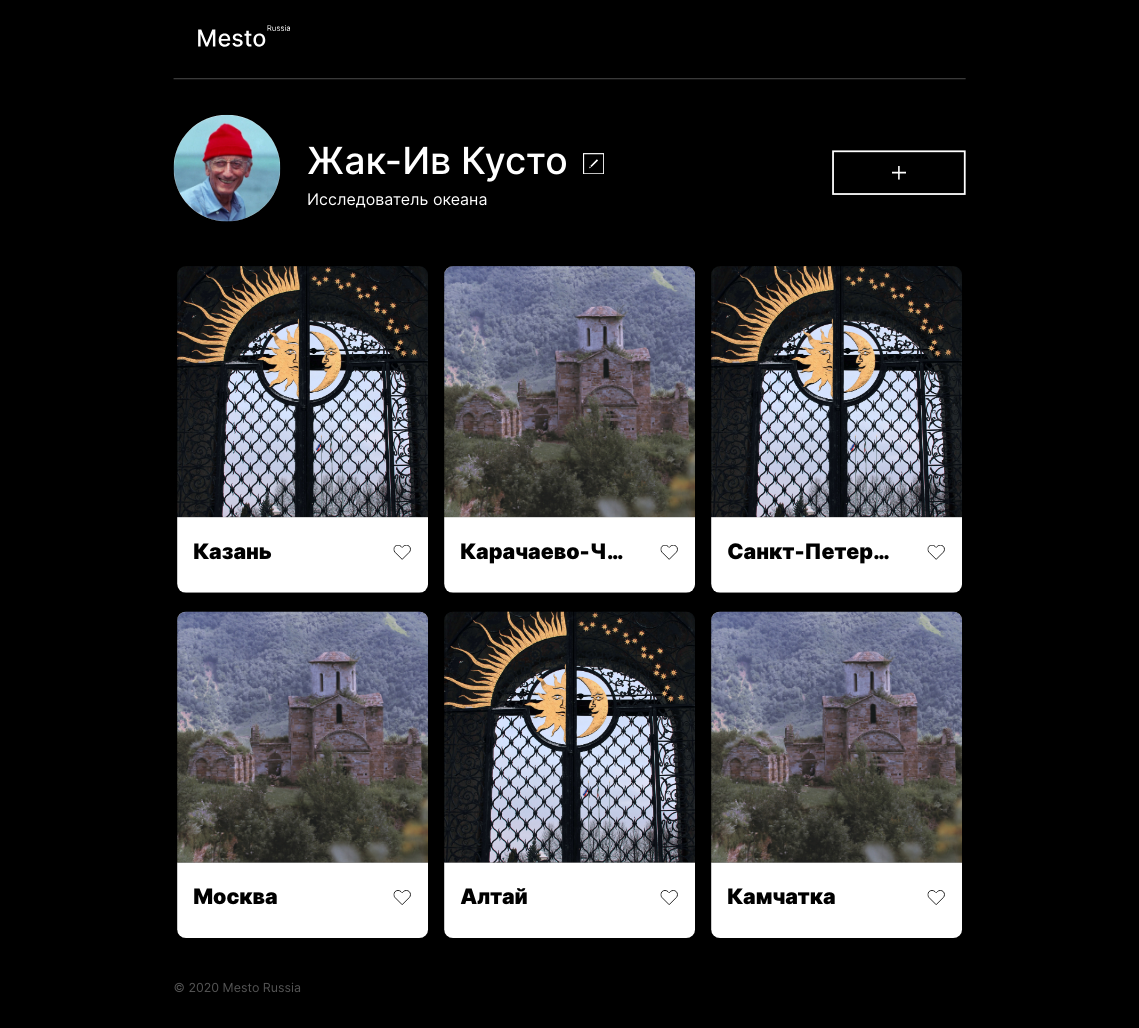
Repository: zajcevakaterina/mesto
Page: index.html
An editor plug-in stored every save of this project. The page is shown before and after the next save, followed by the edit.
The browser window is 1280 px wide. The pictures show the whole page, at 89% of full size.

Above is the page before, as saved 2020-05-07 14:21:19.

### index.html
<!DOCTYPE html>
<html lang="en">

<head>
  <meta charset="UTF-8">
  <meta name="viewport" content="width=device-width, initial-scale=1.0">
  <link rel="stylesheet" href="./vendor/fonts/fonts.css">
  <link rel="stylesheet" href="./pages/index.css">
  <title>Mesto Russia</title>
</head>

<body>
  <div class="root">
    <header class="header width">
      <img src="./images/header/logo.svg" alt="Логотип проекта Место Russia" class="header__logo">
    </header>
    <main class="main width">
      <section class="profile">
        <div class="profile__content">
          <img src="./images/profile/Avatar.jpg" alt="Аватар путешественника" class="profile__avatar">
        <div class="profile__info">
          <div class="profile__title">
            <h1 class="profile__name">Жак-Ив Кусто</h1>
            <button class="profile__edit-button button-hover"></button>
          </div>
          <p class="profile__subtitle">Исследователь океана</p>
        </div>
        </div>
        <button class="profile__add-button button-hover"></button>
      </section>

      <section class="places">
          <div class="places__card">
            <img src="./images/places/Kazan.jpg" alt="Фотография Казани" class="places__image">
            <div class="places__desc">
              <h2 class="places__title">Казань</h2>
              <button class="places__like button-hover"></button>
            </div>
          </div>

          <div class="places__card">
            <img src="./images/places/kirill-pershin-1088404-unsplash.jpg" alt="Фотография Карачаево-Черкесии" class="places__image">
            <div class="places__desc">
              <h2 class="places__title" title="Карачаево-Черкесия">Карачаево-Черкесия</h2>
              <button class="places__like button-hover"></button>
            </div>
          </div>

          <div class="places__card">
            <img src="./images/places/Kazan.jpg" alt="Фотография Казани" class="places__image">
            <div class="places__desc">
              <h2 class="places__title" title="Санкт-Петербург">Санкт-Петербург</h2>
              <button class="places__like button-hover"></button>
            </div>
          </div>

          <div class="places__card">
            <img src="./images/places/kirill-pershin-1088404-unsplash.jpg" alt="Фотография Карачаево-Черкесии" class="places__image">
            <div class="places__desc">
              <h2 class="places__title">Москва</h2>
              <button class="places__like button-hover"></button>
            </div>
          </div>

          <div class="places__card">
            <img src="./images/places/Kazan.jpg" alt="Фотография Казани" class="places__image">
            <div class="places__desc">
              <h2 class="places__title">Алтай</h2>
              <button class="places__like button-hover"></button>
            </div>
          </div>

          <div class="places__card">
            <img src="./images/places/kirill-pershin-1088404-unsplash.jpg" alt="Фотография Карачаево-Черкесии" class="places__image">
            <div class="places__desc">
              <h2 class="places__title">Камчатка</h2>
              <button class="places__like button-hover"></button>
            </div>
          </div>
      </section>
    </main>

    <footer class="footer width">
      <p class="footer__copyright">&copy; 2020 Mesto Russia</p>
    </footer>
  </div>
</body>

</html>

### vendor/fonts/fonts.css
@font-face {
  src: url(./Regular/Inter-Regular.woff) format('woff');
  src: url(./Regular/Inter-Regular.woff2) format('woff2');
  src: url(./Regular/Inter-Regular.ttf) format('truetype');
  src: url(./Regular/Inter-Regular.otf) format('opentype');
  font-family: 'Inter';
  font-style: normal;
  font-weight: 400;
}

@font-face {
  src: url(./Medium/Inter-Medium.woff) format('woff');
  src: url(./Medium/Inter-Medium.woff2) format('woff2');
  src: url(./Medium/Inter-Medium.ttf) format('truetype');
  src: url(./Medium/Inter-Medium.otf) format('opentype');
  font-family: 'Inter';
  font-style: normal;
  font-weight: 500;
}

@font-face {
  src: url(./Bold/Inter-Bold.woff) format('woff');
  src: url(./Bold/Inter-Bold.woff2) format('woff2');
  src: url(./Bold/Inter-Bold.ttf) format('truetype');
  src: url(./Bold/Inter-Bold.otf) format('opentype');
  font-family: 'Inter';
  font-style: normal;
  font-weight: 700;
}

@font-face {
  src: url(./Black/Inter-Black.woff) format('woff');
  src: url(./Black/Inter-Black.woff2) format('woff2');
  src: url(./Black/Inter-Black.ttf) format('truetype');
  src: url(./Black/Inter-Black.otf) format('opentype');
  font-family: 'Inter';
  font-style: normal;
  font-weight: 900;
}

### pages/index.css
@import url(../vendor/normalize.css);
@import url(../blocks/root/root.css);
@import url(../blocks/width/width.css);
@import url(../blocks/button-hover/button-hover.css);

@import url(../blocks/popup/popup.css);
@import url(../blocks/edit-form/edit-form.css);
@import url(../blocks/header/header.css);
@import url(../blocks/profile/profile.css);
@import url(../blocks/places/places.css);
@import url(../blocks/footer/footer.css);

### blocks/root/root.css
.root {
    font-family: 'Inter', Arial, sans-serif;
    min-width: 320px;
    background: #000;
    color: #fff;
    margin: 0 auto;
    -webkit-font-smoothing: antialiased;
    -moz-osx-font-smoothing: grayscale;
    box-sizing: border-box;
}

### blocks/width/width.css
.width {
  width: calc(100% - 38px);
  margin: 0 auto;
}

@media screen and (min-width: 768px) {
  .width {
    width: calc(100% - 144px);
  }
}

@media screen and (min-width: 1024px) {
  .width {
    width: calc(100% - 390px);
  }
}

### blocks/button-hover/button-hover.css
.button-hover:hover {
  opacity: .6;
  cursor: pointer;
}

### blocks/popup/popup.css
@import url(./_opened/popup_opened.css);
@import url(./__container/popup__container.css);
@import url(./__close-button/popup__close-button.css);

.popup {
  position: fixed;
  width: 100%;
  height: 100%;
  display: flex;
  justify-content: center;
  align-items: center;
  background: rgba(0, 0, 0, .5);
  /* display: none; */
}

### blocks/edit-form/edit-form.css
@import url(./__heading/edit-form__heading.css);
@import url(./__item/edit-form__item.css);
@import url(./__button/edit-form__button.css);

### blocks/header/header.css
@import url(./__logo/header__logo.css);

.header {
    padding: 28px 0 0;
    border-bottom: 1px solid #545454;
}

### blocks/profile/profile.css
@import url(./__content/profile__content.css);
@import url(./__avatar/profile__avatar.css);
@import url(./__info/profile__info.css);
@import url(./__title/profile__title.css);
@import url(./__name/profile__name.css);
@import url(./__edit-button/profile__edit-button.css);
@import url(./__subtitle/profile__subtitle.css);
@import url(./__add-button/profile__add-button.css);

.profile {
  display: flex;
  flex-direction: column;
  align-items: center;
}

@media screen and (min-width: 768px) {
  .profile {
    flex-direction: row;
    justify-content: space-between;
  }
}

### blocks/places/places.css
@import url(./__card/places__card.css);
@import url(./__image/places__image.css);
@import url(./__desc/places__desc.css);
@import url(./__title/places__title.css);
@import url(./__like/places__like.css);

.places {
  display: grid;
  grid-template-columns: repeat(auto-fit, 282px);
  row-gap: 20px;
  column-gap: 18px;
  padding-bottom: 48px;
  justify-content: center;
  margin: auto;
}

@media screen and (min-width: 768px) {
  .places {
    row-gap: 21px;
    /* justify-content: ; */
  }
}

### blocks/footer/footer.css
@import url(./__copyright/footer__copyright.css);

### blocks/popup/__container/popup__container.css
.popup__container {
  width: 430px;
  min-height: 330px;
  background: #fff;
  box-sizing: border-box;
  border-radius: 10px;
  box-shadow: 0px 0px 25px rgba(0, 0, 0, 0.15);
  padding: 34px 36px 36px;
  position: relative;
}

### blocks/popup/__close-button/popup__close-button.css
.popup__close-button {
  background-image: url(../../../images/popup/Close-Button.svg);
  width: 45px;
  height: 45px;
  position: absolute;
  top: -36px;
  right: -36px;
  background-repeat: no-repeat;
  background-size: contain;
}

### blocks/edit-form/__heading/edit-form__heading.css
.edit-form__heading {
  font-weight: 900;
  font-size: 24px;
  line-height: 1.2;
  color: #000;
  margin: 0 0 54px;
  padding: 0;
}

### blocks/edit-form/__item/edit-form__item.css
.edit-form__item {
  font-family: inherit;
  border: 0;
  border-bottom: 1px solid rgba(0, 0, 0, .2);
  height: 28px;
  margin: 0;
  width: 100%;
}

.edit-form__item:first-of-type {
  margin-bottom: 30px;
}

.edit-form__item:focus {
  outline-color:#E5E5E5;
  outline-width: 1px;
}

### blocks/edit-form/__button/edit-form__button.css
.edit-form__button {
  background: #000;
  color: #fff;
  font-family: inherit;
  width: 100%;
  border: 0;
  text-align: center;
  padding: 14px 0;
  margin: 60px 0 0;
  font-size: 18px;
  line-height: 1.22;
  border-radius: 2px;
}

.edit-form__button:hover {
  opacity: .8;
}

### blocks/header/__logo/header__logo.css
.header__logo {
  width: 104px;
  height: 25px;
  margin: 0 0 32px 27px;
}

### blocks/profile/__content/profile__content.css
.profile__content {
  display: flex;
  flex-direction: column;
  align-items: center;
}

@media screen and (min-width: 768px) {
  .profile__content {
    flex-direction: row;
  }
}

### blocks/profile/__avatar/profile__avatar.css
.profile__avatar {
  border-radius: 50%;
  width: 120px;
  height: auto;
  margin: 42px 0 14px;
}

@media screen and (min-width: 768px) {
  .profile__avatar {
    margin: 40px 30px 50px 0;
  }
}

### blocks/profile/__info/profile__info.css
@media screen and (min-width: 768px) {
  .profile__info {
    justify-self: flex-start;
  }
}

### blocks/profile/__title/profile__title.css
.profile__title {
  display: flex;
  align-items: baseline;
}

### blocks/profile/__name/profile__name.css
.profile__name{
  font-weight: 500;
  font-size: 27px;
  line-height: 2.07;
  text-align: center;
  margin: 0 4px 0 0;
  padding: 0;
}

@media screen and (min-width: 768px) {
  .profile__name {
    font-size: 42px;
    line-height: 1.33;
    text-align: left;
    margin: 0 17px 4px 0;
  }
}

### blocks/profile/__edit-button/profile__edit-button.css
.profile__edit-button {
  background: transparent;
  border: none;
  background-image: url(../../../images/profile/Edit\ Button.svg);
  background-repeat: no-repeat;
  width: 18px;
  height: 18px;
  background-size: contain;
}

@media screen and (min-width: 768px) {
  .profile__edit-button {
    width: 24px;
    height: 24px;
  }
}

### blocks/profile/__subtitle/profile__subtitle.css
.profile__subtitle {
  margin: 0 0 36px;
  padding: 0;
  font-size: 14px;
  line-height: 1.21;
  text-align: center;
}

@media screen and (min-width: 768px) {
  .profile__subtitle {
    margin: 0;
    font-size: 18px;
    line-height: 1.22;
    text-align: left;
  }
}

### blocks/profile/__add-button/profile__add-button.css
.profile__add-button {
  width: 282px;
  height: 50px;
  background: transparent;
  background-image: url(../../../images/places/add-button-image.svg);
  background-repeat: no-repeat;
  background-position: center;
  border: 2px solid #fff;
  color: #fff;
  margin: 0 auto 36px;
}

@media screen and (min-width: 768px) {
  .profile__add-button {
    width: 150px;
    margin: 0;
  }
}

### blocks/places/__card/places__card.css
.places__card {
  width: 100%;
  border-radius: 10px;
  overflow: hidden;
}

### blocks/places/__image/places__image.css
.places__image {
  width: 100%;
  height: 282px;
  object-position: center;
  object-fit: cover;
  display: block;
}

### blocks/places/__desc/places__desc.css
.places__desc {
  background: #fff;
  display: flex;
  align-items: center;
  justify-content: space-between;
  padding: 25px 18px 31px 18px;
}

### blocks/places/__title/places__title.css
.places__title {
  color: #000;
  font-weight: 900;
  margin: 0;
  white-space: nowrap;
  overflow: hidden;
  text-overflow: ellipsis;
  font-size: 24px;
  line-height: 1.2;
  max-width: 190px;
}

### blocks/places/__like/places__like.css
.places__like {
  background: transparent;
  background-image: url(../../../images/places/like.svg);
  width: 21px;
  height: 18px;
  background-repeat: no-repeat;
  background-size: contain;
  border: none;
}

### blocks/footer/__copyright/footer__copyright.css
.footer__copyright {
  font-size: 14px;
  line-height: 1.2;
  color: #545454;
  padding: 0 0 36px;
  margin: 0;
}

Loaded but not shown: vendor/normalize.css (library); blocks/popup/_opened/popup_opened.css (common file)

After the next save:
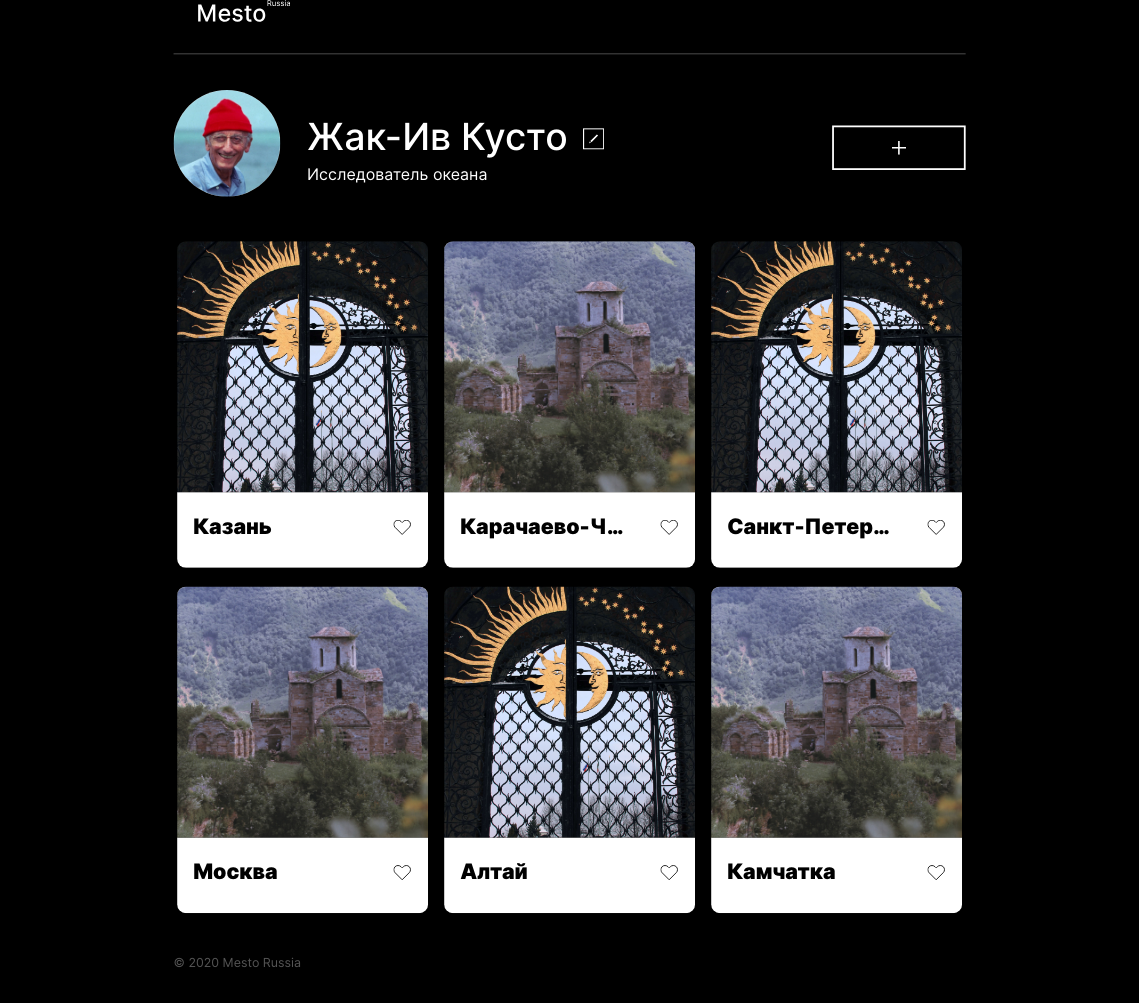
Saved 106 s later.
--- a/blocks/header/header.css
+++ b/blocks/header/header.css
@@ -1,6 +1,6 @@
 @import url(./__logo/header__logo.css);
 
 .header {
-    padding: 28px 0 0;
+    /* padding: 28px 0 0; */
     border-bottom: 1px solid #545454;
 }

After the 2 saves that followed:
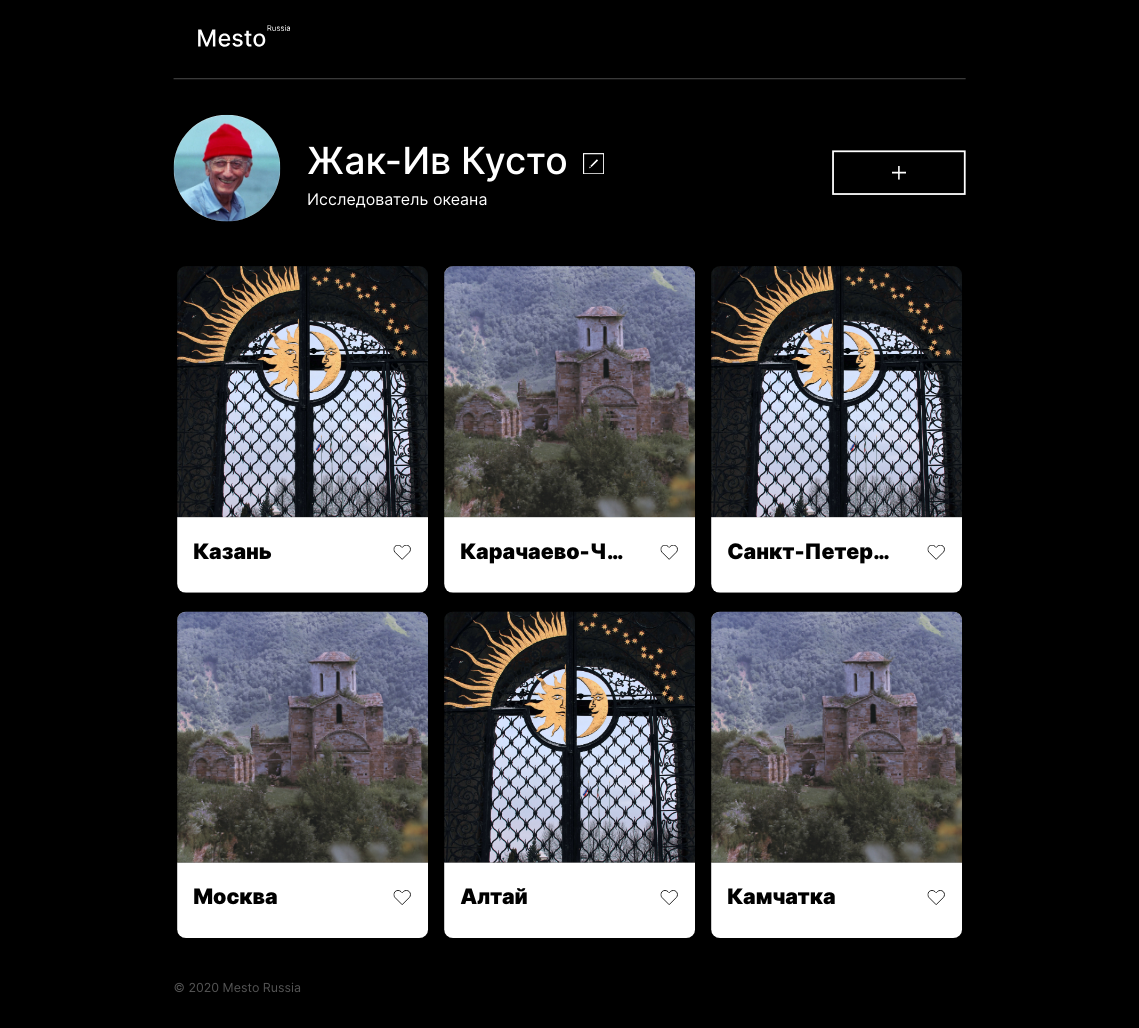
The 2 saves are shown as one change because they came seconds apart.
The last was saved 11 s later.
--- a/blocks/header/__logo/header__logo.css
+++ b/blocks/header/__logo/header__logo.css
@@ -1,5 +1,5 @@
 .header__logo {
   width: 104px;
   height: 25px;
-  margin: 0 0 32px 27px;
+  padding: 28px 0 32px 27px;
 }
